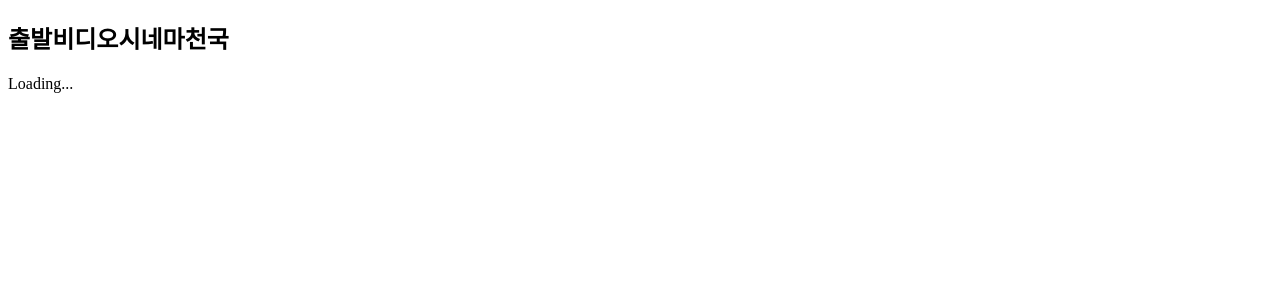
Repository: BackGyeHoon/movie_app_bitbong
Page: /
An editor plug-in stored every save of this project. The page is shown before and after the next save, followed by the edit.
The browser window is 1280 px wide. The pictures show the whole page.
The page's requests for data from a server got no answer. The project was rebuilt for these pictures with package versions that can differ from the ones it lists, and the page was loaded fresh each time. No one was signed in, and anything a server would have sent is missing.

Above is the page before, as saved 2019-11-15 17:42:30.

### src/App.js
import React from 'react';
import axios from 'axios';

class App extends React.Component{
  state = {
    isLoading: true,
    movies: []
  }
  getMovies = async () => {
    const movies = await axios.get("https://yts-proxy.now.sh/list_movies.json")
  }
  componentDidMount(){
    this.getMovies()
  }
  render() {
    const { isLoading } = this.state
    return (
      <div>
        <h2>출발비디오시네마천국</h2>
        <div> {isLoading ? "Loading..." : "We are ready"}</div>
      </div>
	);
  }
}

export default App;

Loaded but not shown: public/index.html (common file); src/index.js (common file)

After the next save:
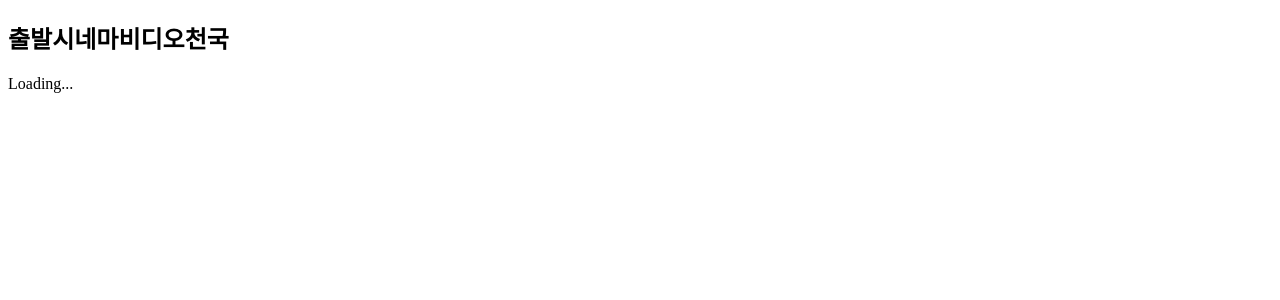
Saved 10 s later.
--- a/src/App.js
+++ b/src/App.js
@@ -15,10 +15,10 @@ class App extends React.Component{
   render() {
     const { isLoading } = this.state
     return (
-      <div>
-        <h2>출발비디오시네마천국</h2>
-        <div> {isLoading ? "Loading..." : "We are ready"}</div>
-      </div>
+		<div>
+			<h2>출발시네마비디오천국</h2>
+			<div> {isLoading ? "Loading..." : "We are ready"}</div>
+		</div>
 	);
   }
 }
